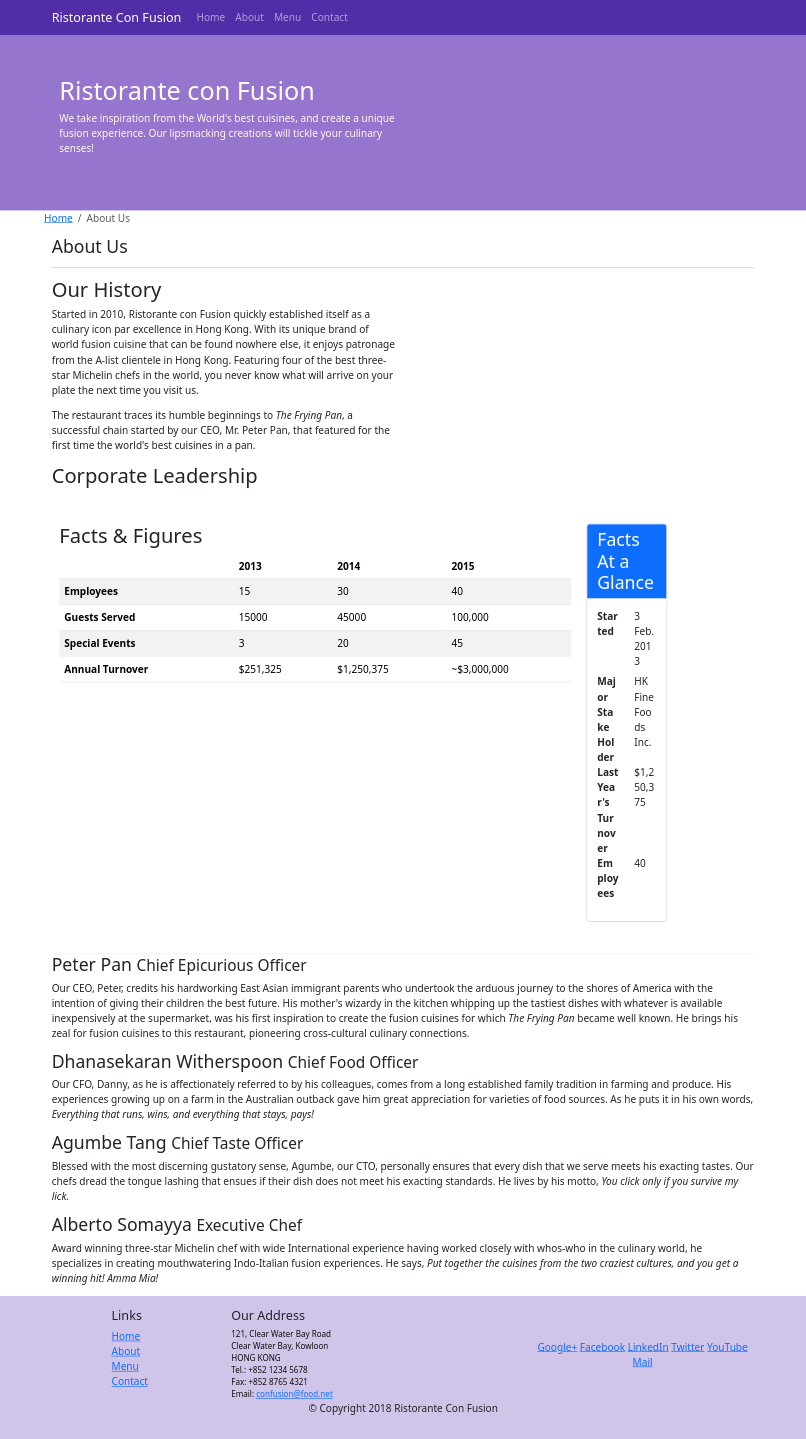
Repository: DungBuiTuan/FER201m
Page: aboutus.html
An editor plug-in stored every save of this project. The page is shown before and after the next save, followed by the edit.
The browser window is 1280 px wide. The pictures show the whole page, at 63% of full size.
Some web libraries are served in a nearby version.

Above is the page before, as saved 2023-05-17 10:23:46.

After the next save:
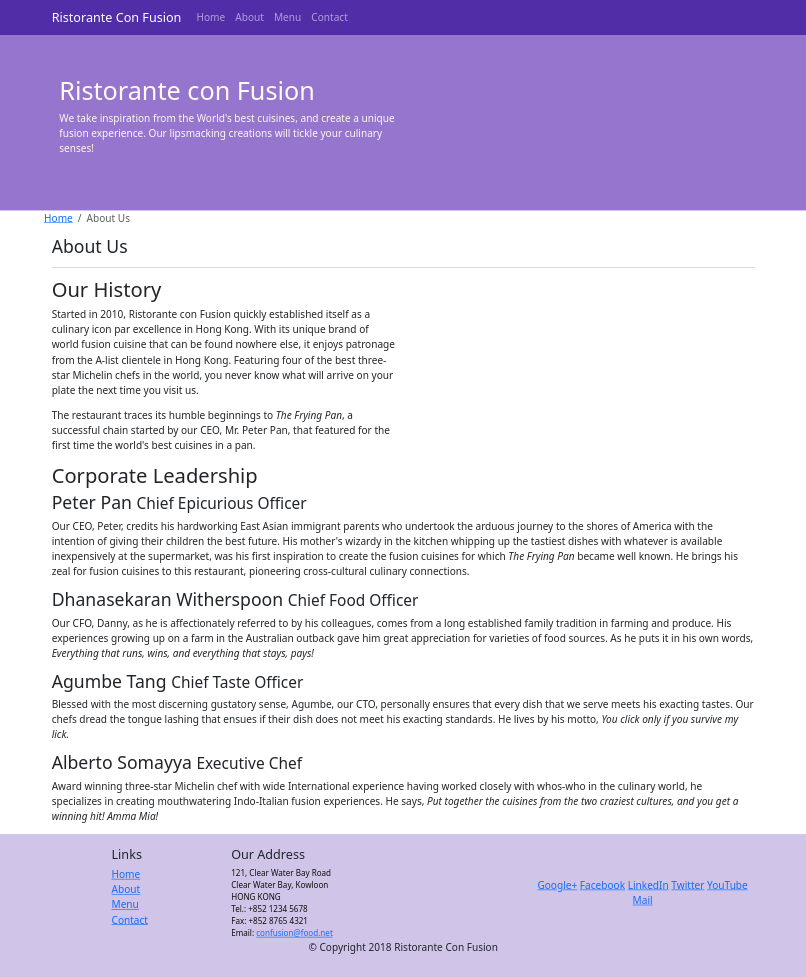
Saved 2 min 54 s later.
--- a/aboutus.html
+++ b/aboutus.html
@@ -72,71 +72,6 @@
                 <div>
                     <div>
                         <h2>Corporate Leadership</h2>
-                        <div class="row row-content">
-                            <div class="col-12 col-sm-9">
-                                <h2>Facts &amp; Figures</h2>
-                                <div class="table-responsive">
-                                    <table class="table table-striped">
-                                        <thead class="thead-dark">
-                                            <tr>
-                                                <th>&nbsp;</th>
-                                                <th>2013</th>
-                                                <th>2014</th>
-                                                <th>2015</th>
-                                            </tr>
-                                        </thead>
-                                        <tbody>
-                                            <tr>
-                                                <th>Employees</th>
-                                                <td>15</td>
-                                                <td>30</td>
-                                                <td>40</td>
-                                            </tr>
-                                            <tr>
-                                                <th>Guests Served</th>
-                                                <td>15000</td>
-                                                <td>45000</td>
-                                                <td>100,000</td>
-                                            </tr>
-                                            <tr>
-                                                <th>Special Events</th>
-                                                <td>3</td>
-                                                <td>20</td>
-                                                <td>45</td>
-                                            </tr>
-                                            <tr>
-                                                <th>Annual Turnover</th>
-                                                <td>$251,325</td>
-                                                <td>$1,250,375</td>
-                                                <td>~$3,000,000</td>
-                                            </tr>
-                                        </tbody>
-                                    </table>
-                                </div>
-
-                            </div>
-                             <div class="col-12 col-sm-3">
-                                <div class="col-12 col-sm-6">
-                                    <div class="card">
-                                        <h3 class="card-header bg-primary text-white">Facts At a Glance</h3>
-                                        <div class="card-body">
-                                            <dl class="row">
-                                                <dt class="col-6">Started</dt>
-                                                <dd class="col-6">3 Feb. 2013</dd>
-                                                <dt class="col-6">Major Stake Holder</dt>
-                                                <dd class="col-6">HK Fine Foods Inc.</dd>
-                                                <dt class="col-6">Last Year's Turnover</dt>
-                                                <dd class="col-6">$1,250,375</dd>
-                                                <dt class="col-6">Employees</dt>
-                                                <dd class="col-6">40</dd>
-                                            </dl>
-                                        </div>
-                                    </div>
-                                </div>
-
-                            </div>
-                       </div>
-
                         <h3>Peter Pan <small>Chief Epicurious Officer</small></h3>
                     </div>
                     <div class="d-none d-sm-block">
